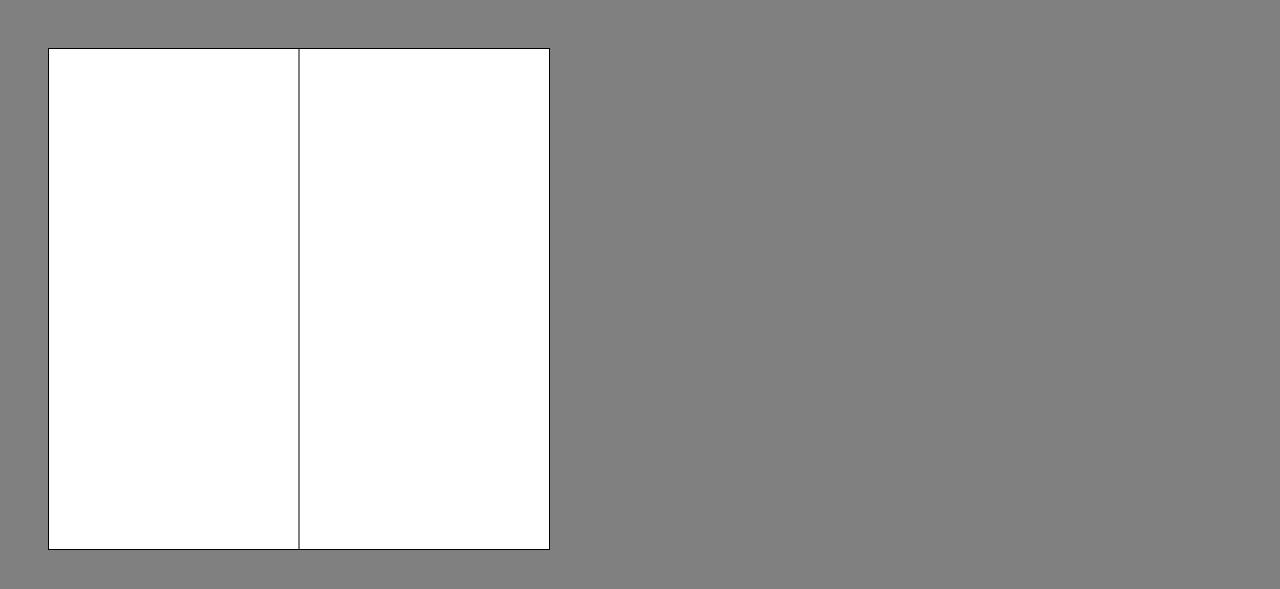
Repository: albinsabu2023/Stopwatch-program
Page: index.html
These files come from the project's save history. The page is drawn as it stood at one moment and after the next save; the edit follows.
The browser window is 1280 px wide. The pictures show the whole page.

Above is the page before, as saved 2023-03-03 20:35:55.

### index.html
<!DOCTYPE html>

<head>
    <meta charset="UTF-8">
    <meta http-equiv="X-UA-Compatible" content="IE=edge">
    <meta name="viewport" content="width=device-width, initial-scale=1.0">
    <link rel="stylesheet" href="style.css">
    <title>Document</title>
</head>

   <canvas id ="canvas" width="500" height="500"></canvas>
    <script src="index.js"></script>
</body>
</html>

### style.css
body{
color:white;
background-color: gray;
}

#canvas{
    border:1px solid black;
    background-color: white;
    margin: 40px;

}

### index.js
//canvas api

let can = document.getElementById("canvas");
let context = can.getContext("2d");

context.beginPath();
context.moveTo(250, 0);
context.lineTo(250, 500);
context.stroke();

After the next save:
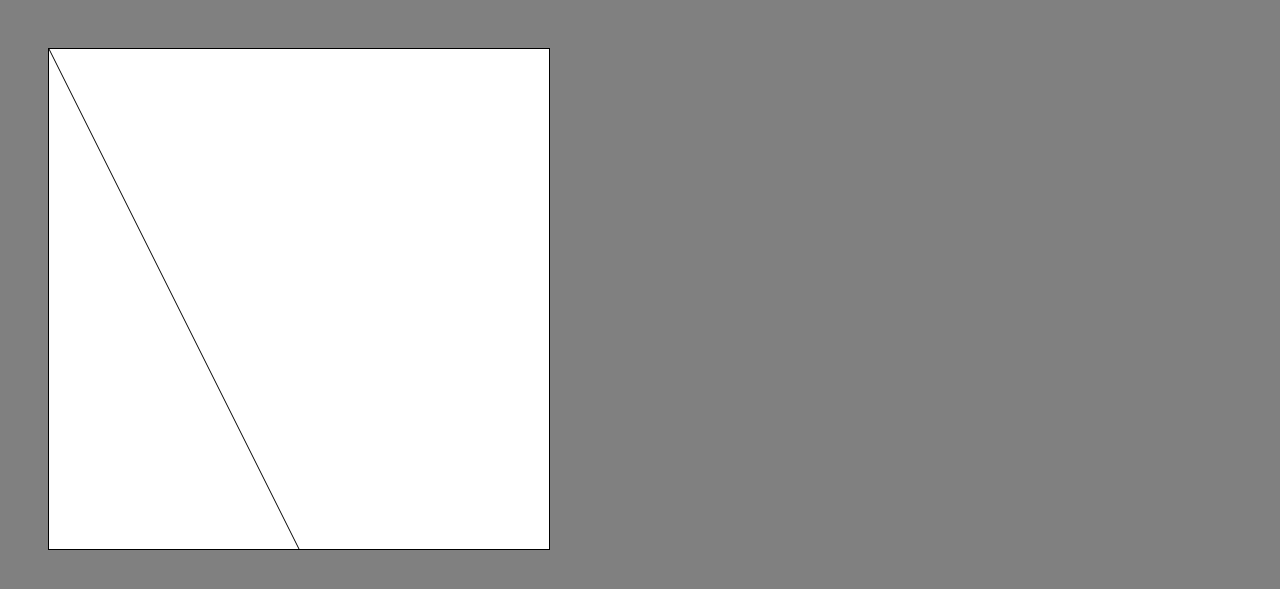
Saved 13 s later.
--- a/index.js
+++ b/index.js
@@ -4,6 +4,6 @@ let can = document.getElementById("canvas");
 let context = can.getContext("2d");
 
 context.beginPath();
-context.moveTo(250, 0);
+context.moveTo(0, 0);
 context.lineTo(250, 500);
 context.stroke();
